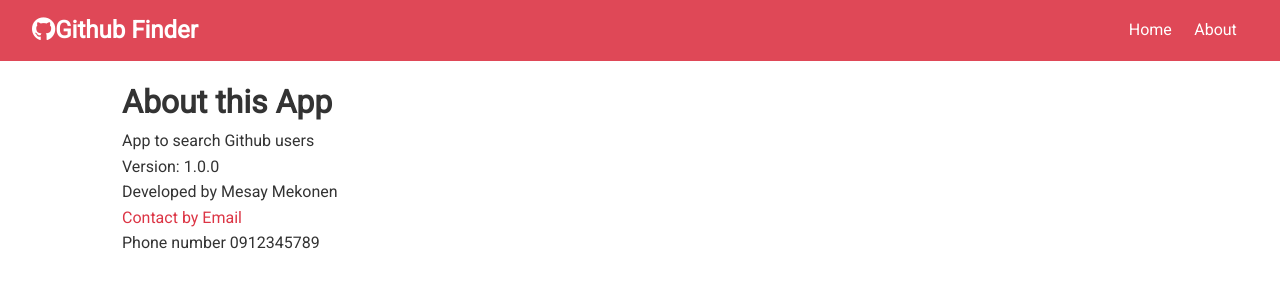
Repository: messimacky/github-finder
Page: /about
These files come from the project's save history. The page is drawn as it stood at one moment and after the next save; the edit follows.
The browser window is 1280 px wide. The pictures show the whole page.
Some web libraries are served in a nearby version. The project was rebuilt for these pictures with package versions that can differ from the ones it lists, and the page was loaded fresh each time. Also part of the build but not shown: src/users/UserItem.js, src/components/layout/Spinner.js, src/users/Users.js, src/users/User.js, src/users/Search.js, src/components/layout/Alert.js.

Above is the page before, as saved 2022-02-27 15:09:46.

### public/index.html
<!DOCTYPE html>
<html lang="en">
  <head>
    <meta charset="utf-8" />
    <link rel="icon" href="%PUBLIC_URL%/favicon.ico" />
    <meta name="viewport" content="width=device-width, initial-scale=1" />
    <meta name="theme-color" content="#000000" />
    <meta
      name="description"
      content="Web site created using create-react-app"
    />
    <link rel="apple-touch-icon" href="%PUBLIC_URL%/logo192.png" />

    <link rel="manifest" href="%PUBLIC_URL%/manifest.json" />

    <link
    rel="stylesheet"
    href="https://use.fontawesome.com/releases/v5.8.2/css/all.css"
    integrity="sha384-oS3vJWv+0UjzBfQzYUhtDYW+Pj2yciDJxpsK1OYPAYjqT085Qq/1cq5FLXAZQ7Ay"
    crossorigin="anonymous"
  />

    <title>React App</title>
  </head>
  <body>
    <noscript>You need to enable JavaScript to run this app.</noscript>
    <div id="root"></div>
  </body>
</html>

### src/App.js
import React, { Fragment, Component } from 'react';
import { BrowserRouter as Router, Switch, Route } from 'react-router-dom';
import Navbar from './components/layout/Navbar';
import Users from './users/Users';
import User from './users/User';
import Search from './users/Search';
import Alert from './components/layout/Alert';
import About from './components/pages/About';
import axios from 'axios';
import './App.css';

class App extends React.Component {
  state = {
    users: [],
    user: {},
    loading: false,
    alert: null
  }

  // async componentDidMount() {
  // this.setState({ loading: true });

  // const res = await axios.get(
  // `https://api.github.com/users?client_id=$
  // {process.env.REACT_APP_GITHUB_CLIENT_ID
  // }&client_secret=${process.env.REACT_APP_GITHUB_CLIENT_SECRET}`
  // );

  // this.setState({ users: res.data, loading: false });
  // }

  //Search Github users
  searchUsers = async text => {
    this.setState({ loading: true })

    const res = await axios.get(
      `https://api.github.com/search/users?q=${text}&client_id=${process.env.REACT_APP_GITHUB_CLIENT_ID
      }&client_secret=${process.env.REACT_APP_GITHUB_CLIENT_SECRET}`
    );

    this.setState({ users: res.data.items, loading: false });
  };


  //Get single Github user
  getUser = async (username) => {
    this.setState({ loading: true })

    const res = await axios.get(
      `https://api.github.com/users/${username}?client_id=${process.env.REACT_APP_GITHUB_CLIENT_ID
      }&client_secret=${process.env.REACT_APP_GITHUB_CLIENT_SECRET}`
    );

    this.setState({ user: res.data, loading: false });

  }

  //Clear users from state

  clearUsers = () => this.setState({ users: [], loading: false });

  //Set Alert

  setAlert = (msg, type) => {
    this.setState({ alert: { msg, type } });

    setTimeout(() => this.setState({ alert: null }), 5000)
  };

  render() {
    const { users, user, loading } = this.state;
    // const numbers = [1, 2, 3, 4];



    return (
      <Router>

        <div className='App'>
          <Navbar />
          <div className="container">
            <Alert alert={this.state.alert} />
            <Switch>
              <Route
                exact path='/'
                render={props => (
                  <Fragment>
                    <Search
                      searchUsers={this.searchUsers}
                      clearUsers={this.clearUsers}
                      showClear={users.length > 0 ? true : false}
                      setAlert={this.setAlert}
                    />
                    <Users loading={loading} users={users} />
                  </Fragment>
                )}

              />
              <Route exact path='/about' component={About} />
              <Route exact path='/user/:login' render={props => (
                <User {...props} getUser={this.getUser} user={user} loading={loading} />
              )} />
            </Switch>


          </div>
        </div>
      </Router>

    );
  }

}

export default App;

### src/components/layout/Navbar.js
import React from 'react'
import PropTypes from 'prop-types';
import { Link } from 'react-router-dom';

const Navbar = ({ icon, title }) => {
  return (
    <nav className='navbar bg-primary'>
      <h1>
        <i className={icon} />
        {title}

      </h1>

      <ul>
        <li>
          <Link to='/'>Home</Link>
        </li>
        <li>
          <Link to='/about'>About</Link>
        </li>

      </ul>
    </nav>
  );
}

Navbar.defaultProps = {
  title: "Github Finder",
  icon: "fab fa-github"
}

Navbar.propTypes = {
  title: PropTypes.string.isRequired,
  icon: PropTypes.string.isRequired
};
export default Navbar

### src/components/pages/About.js
import React, { Fragment } from 'react';

const About = () => {
    return (
        <Fragment>
            <h1> About this App</h1>
            <p>App to search Github users</p>
            <p>Version: 1.0.0</p>
            <p>Developed by Mesay Mekonen</p>
            <a href="messimacky@gmail.com">Contact by Email</a>
            <p>Phone number 0912345789</p>
        </Fragment>
    );
};

export default About;

### src/App.css
@import url("https://fonts.googleapis.com/css?family=Roboto");

/* Global Styles */
:root {
  --primary-color: #dc3545;;
  --dark-color: #333333;
  --light-color: #f4f4f4;
  --danger-color: #dc3545;
  --success-color: #28a745;
}

* {
  box-sizing: border-box;
  margin: 0;
  padding: 0;
}

body {
  font-family: "Roboto", sans-serif;
  font-size: 1rem;
  line-height: 1.6;
  background-color: #fff;
  color: #333;
}

a {
  color: var(--primary-color);
  text-decoration: none;
}

a:hover {
  color: #666;
}

ul {
  list-style: none;
}

img {
  width: 100%;
}

/* Utilities */
.container {
  max-width: 1100px;
  margin: auto;
  overflow: hidden;
  padding: 0 2rem;
}

/* Text Styles*/
.x-large {
  font-size: 4rem;
  line-height: 1.2;
  margin-bottom: 1rem;
}

.large {
  font-size: 3rem;
  line-height: 1.2;
  margin-bottom: 1rem;
}

.lead {
  font-size: 1.5rem;
  margin-bottom: 1rem;
}

.text-center {
  text-align: center;
}

.text-primary {
  color: var(--primary-color);
}

.text-dark {
  color: var(--dark-color);
}

.text-success {
  color: var(--success-color);
}

.text-danger {
  color: var(--danger-color);
}

.text-center {
  text-align: center;
}

.text-right {
  text-align: right;
}

.text-left {
  text-align: left;
}

/* Center All */
.all-center {
  display: flex;
  flex-direction: column;
  width: 100%;
  margin: auto;
  justify-content: center;
  align-items: center;
  text-align: center;
}

/* Cards */
.card {
  padding: 1rem;
  border: #ccc 1px dotted;
  margin: 0.7rem 0;
}

/* List */
.list {
  margin: 0.5rem 0;
}

.list li {
  padding-bottom: 0.3rem;
}

/* Padding */
.p {
  padding: 0.5rem;
}
.p-1 {
  padding: 1rem;
}
.p-2 {
  padding: 2rem;
}
.p-3 {
  padding: 3rem;
}
.py {
  padding: 0.5rem 0;
}
.py-1 {
  padding: 1rem 0;
}
.py-2 {
  padding: 2rem 0;
}
.py-3 {
  padding: 3rem 0;
}

/* Margin */
.m {
  margin: 0.5rem;
}
.m-1 {
  margin: 1rem;
}
.m-2 {
  margin: 2rem;
}
.m-3 {
  margin: 3rem;
}
.my {
  margin: 0.5rem 0;
}
.my-1 {
  margin: 1rem 0;
}
.my-2 {
  margin: 2rem 0;
}
.my-3 {
  margin: 3rem 0;
}

/* Grid */
.grid-2 {
  display: grid;
  grid-template-columns: repeat(2, 1fr);
  grid-gap: 1rem;
}

.grid-3 {
  display: grid;
  grid-template-columns: repeat(3, 1fr);
  grid-gap: 1rem;
}

.grid-4 {
  display: grid;
  grid-template-columns: repeat(4, 1fr);
  grid-gap: 1rem;
}

.btn {
  display: inline-block;
  background: var(--light-color);
  color: #333;
  padding: 0.4rem 1.3rem;
  font-size: 1rem;
  border: none;
  cursor: pointer;
  margin-right: 0.5rem;
  transition: opacity 0.2s ease-in;
  outline: none;
}

.btn-link {
  background: none;
  padding: 0;
  margin: 0;
}

.btn-block {
  display: block;
  width: 100%;
}

.btn-sm {
  font-size: 0.8rem;
  padding: 0.3rem 1rem;
  margin-right: 0.2rem;
}

.badge {
  display: inline-block;
  font-size: 0.8rem;
  padding: 0.2rem 0.7rem;
  text-align: center;
  margin: 0.3rem;
  background: var(--light-color);
  color: #333;
  border-radius: 5px;
}

.alert {
  padding: 0.7rem;
  margin: 1rem 0;
  opacity: 0.9;
  background: var(--light-color);
  color: #333;
}

.btn-primary,
.bg-primary,
.badge-primary,
.alert-primary {
  background: var(--primary-color);
  color: #fff;
}

.btn-light,
.bg-light,
.badge-light,
.alert-light {
  background: var(--light-color);
  color: #333;
}

.btn-dark,
.bg-dark,
.badge-dark,
.alert-dark {
  background: var(--dark-color);
  color: #fff;
}

.btn-danger,
.bg-danger,
.badge-danger,
.alert-danger {
  background: var(--danger-color);
  color: #fff;
}

.btn-success,
.bg-success,
.badge-success,
.alert-success {
  background: var(--success-color);
  color: #fff;
}

.btn-white,
.bg-white,
.badge-white,
.alert-white {
  background: #fff;
  color: #333;
  border: #ccc solid 1px;
}

.btn:hover {
  opacity: 0.8;
}

.bg-light,
.badge-light {
  border: #ccc solid 1px;
}

.round-img {
  border-radius: 50%;
}

/* Forms */
input {
  margin: 1.2rem 0;
}

.form-text {
  display: block;
  margin-top: 0.3rem;
  color: #888;
}

input[type="text"],
input[type="email"],
input[type="password"],
input[type="date"],
select,
textarea {
  display: block;
  width: 100%;
  padding: 0.4rem;
  font-size: 1.2rem;
  border: 1px solid #ccc;
}

input[type="submit"],
button {
  font: inherit;
}

table th,
table td {
  padding: 1rem;
  text-align: left;
}

table th {
  background: var(--light-color);
}

/* Navbar */
.navbar {
  display: flex;
  justify-content: space-between;
  align-items: center;
  padding: 0.7rem 2rem;
  z-index: 1;
  width: 100%;
  opacity: 0.9;
  margin-bottom: 1rem;
}

.navbar ul {
  display: flex;
}

.navbar a {
  color: #fff;
  padding: 0.45rem;
  margin: 0 0.25rem;
}

.navbar a:hover {
  color: var(--light-color);
}

.navbar .welcome span {
  margin-right: 0.6rem;
}

/* Mobile Styles */
@media (max-width: 700px) {
  .hide-sm {
    display: none;
  }

  .grid-2,
  .grid-3,
  .grid-4 {
    grid-template-columns: 1fr;
  }

  /* Text Styles */
  .x-large {
    font-size: 3rem;
  }

  .large {
    font-size: 2rem;
  }

  .lead {
    font-size: 1rem;
  }

  /* Navbar */
  .navbar {
    display: block;
    text-align: center;

  }

  .navbar ul {
    text-align: center;
    justify-content: center;
  }
}

Loaded but not shown: src/index.js (common file)

After the next save:
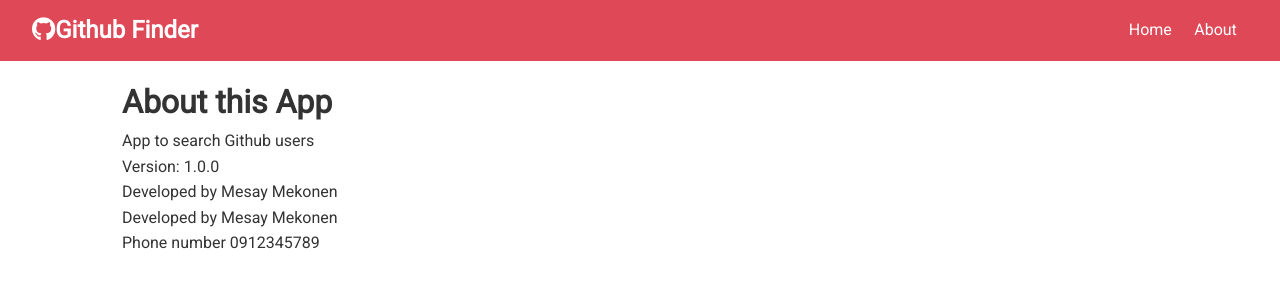
Saved 61 s later.
--- a/src/components/pages/About.js
+++ b/src/components/pages/About.js
@@ -7,7 +7,7 @@ const About = () => {
             <p>App to search Github users</p>
             <p>Version: 1.0.0</p>
             <p>Developed by Mesay Mekonen</p>
-            <a href="messimacky@gmail.com">Contact by Email</a>
+            <p>Developed by Mesay Mekonen</p>
             <p>Phone number 0912345789</p>
         </Fragment>
     );
